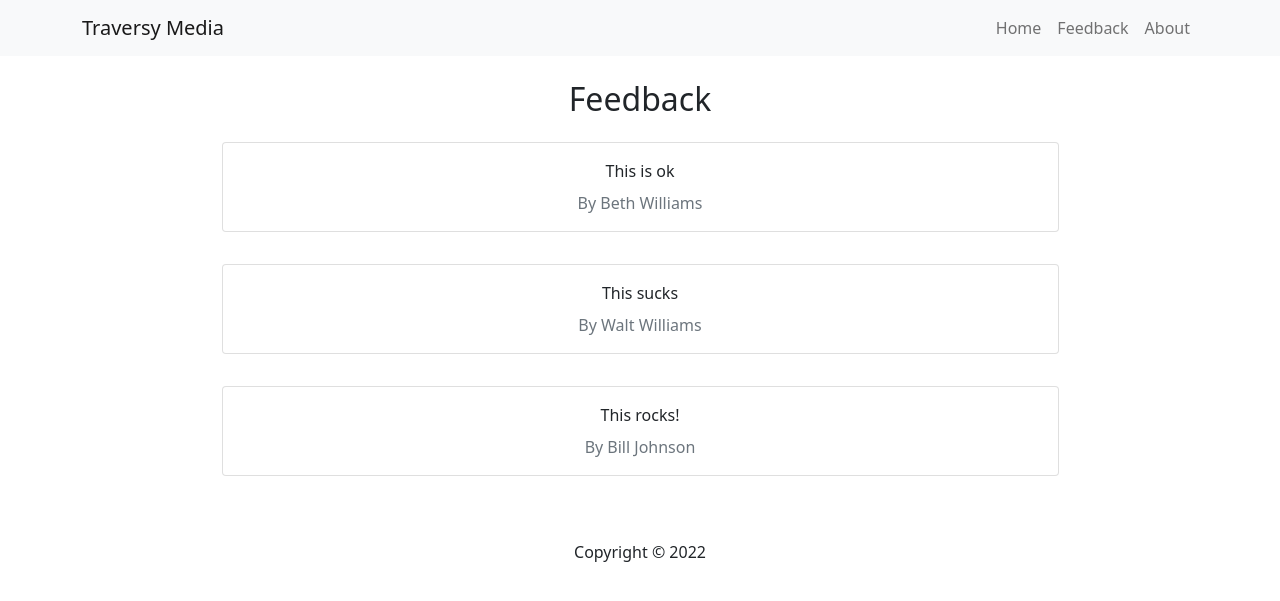
Repository: Haviles04/feedback
Page: http://localhost/feedback.php
The author's editor kept a copy of each file at every save. The page is drawn from the files as they stood at one save, then again after the next save.
The browser window is 1280 px wide. The pictures show the whole page.
The page is run by PHP 8.4 with error messages shown; the project is at /var/www/html/.

Above is the page before, as saved 2024-04-29 18:13:29.

After the next save:
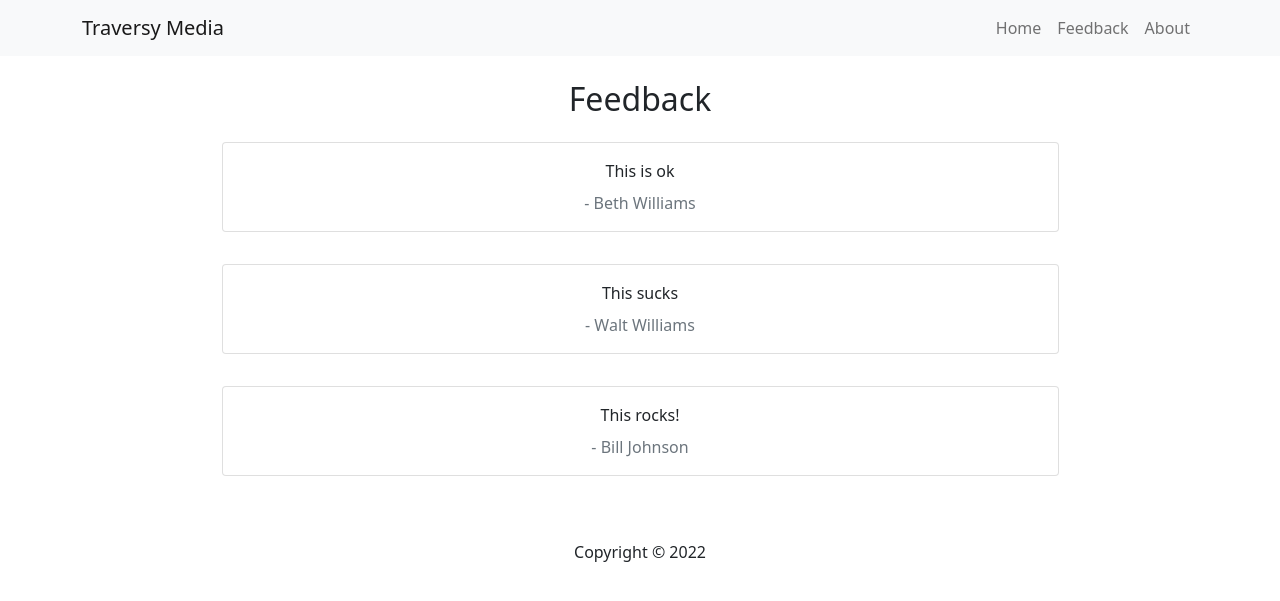
Saved 9 s later.
--- a/feedback.php
+++ b/feedback.php
@@ -36,7 +36,7 @@ $feedback = [
     <div class="card-body text-center">
       <?php echo $item['body'] ?>
       <div class="text-secondary mt-2">
-        By <?php echo $item['name'] ?>
+        - <?php echo $item['name'] ?>
       </div>
     </div>
   </div>
